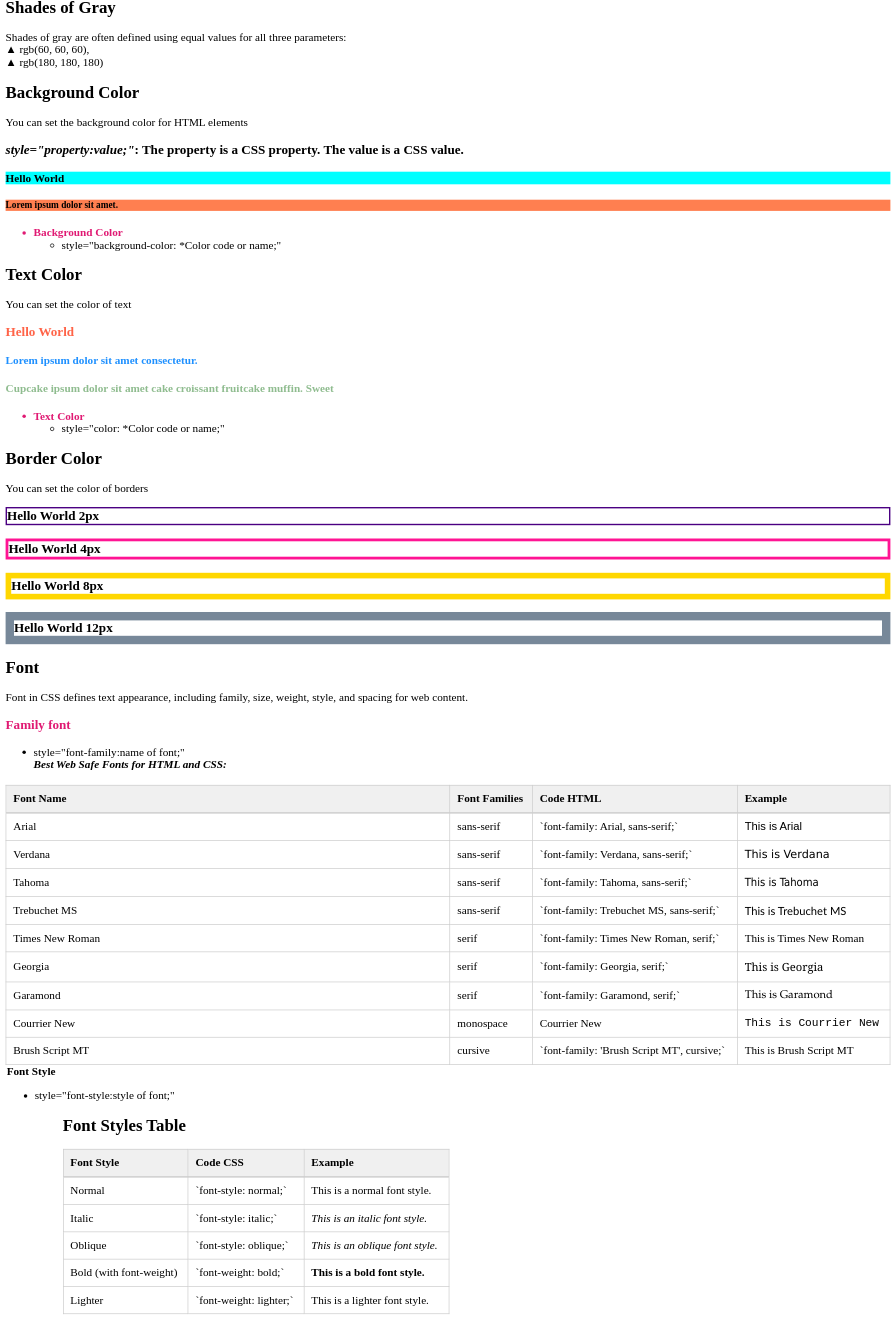
Repository: AnnaSpirit/2025_
Page: Bases/OK/HTML_Text_Formatting.html
These files come from the project's save history. The page is drawn as it stood at one moment and after the next save; the edit follows.
The browser window is 1280 px wide. The pictures show the part of the page from y = 2085 to 4005 px (the page is 4005 px tall before and 3982 px after), at 70% of full size.

Above is the page before, as saved 2025-01-09 16:34:20.

After the next save:
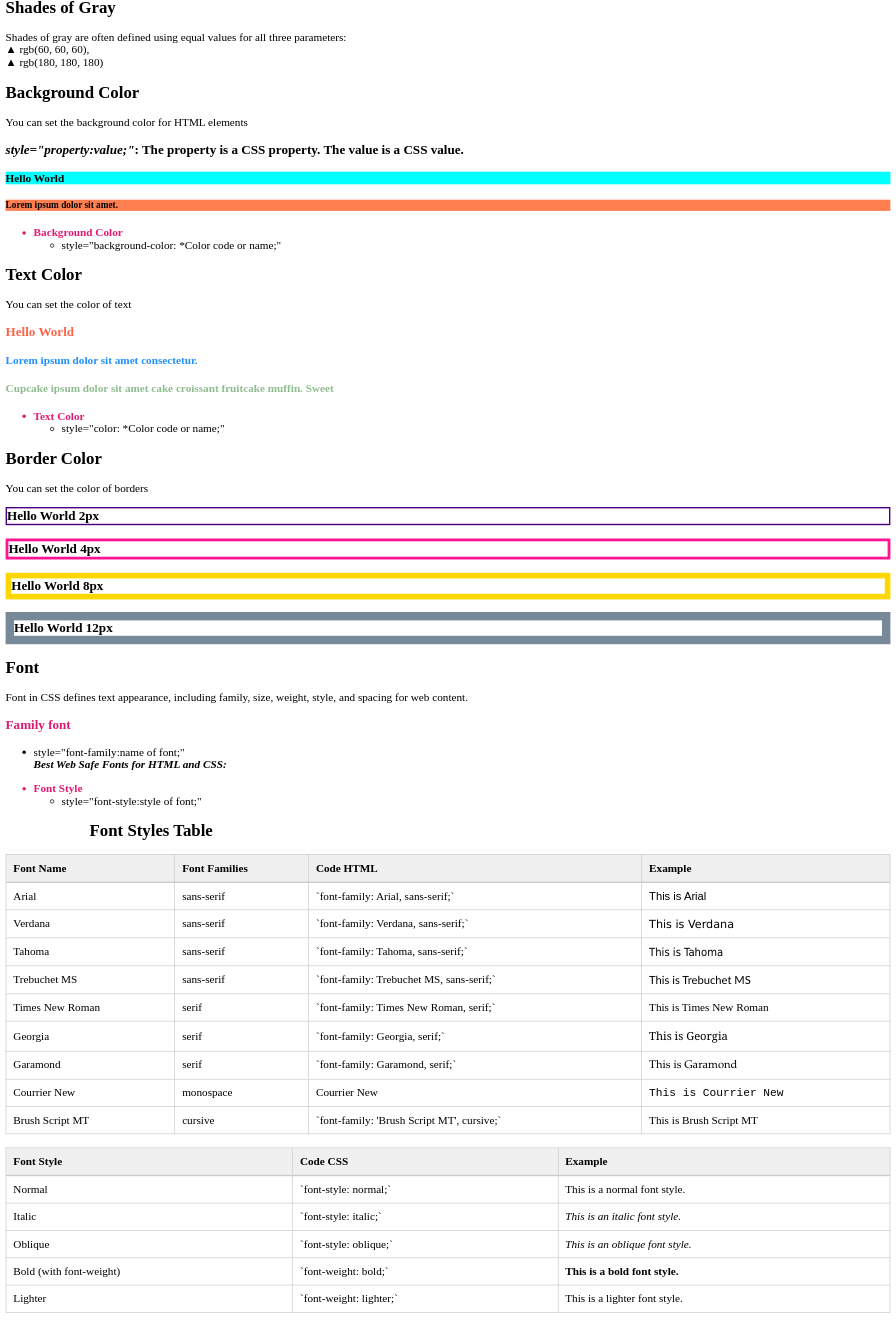
Saved 15 s later.
--- a/Bases/OK/HTML_Text_Formatting.html
+++ b/Bases/OK/HTML_Text_Formatting.html
@@ -289,7 +289,7 @@
                 <td style="padding: 10px; border: 1px solid #ccc; font-family: 'Brush Script MT', cursive";>This is Brush Script MT</td>
             </tr>
             <tr>
-                <td style="padding: 10
+
 
 </p>
     <ul>
